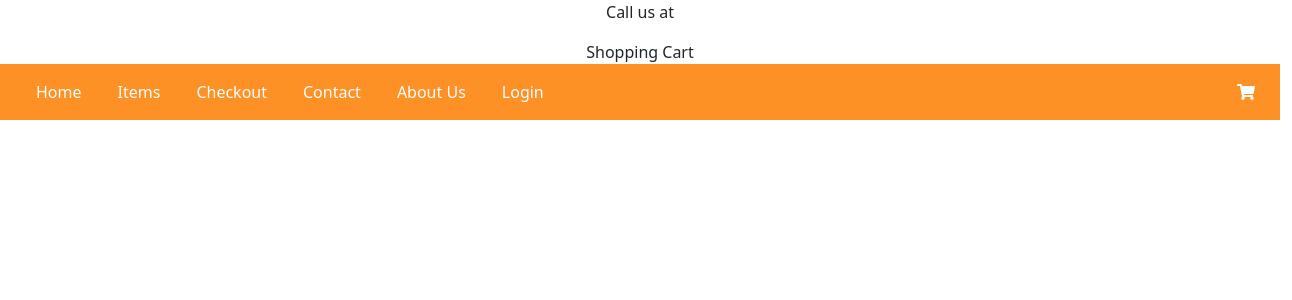
Repository: SaudCh/React-Ecommerce
Page: /login
The author's editor kept a copy of each file at every save. The page is drawn from the files as they stood at one save, then again after the next save.
The browser window is 1280 px wide. The page is 1292 px wide, so the pictures cover 1292 px, including what lies to the right of the window. The pictures show the whole page.
The project was rebuilt for these pictures with package versions that can differ from the ones it lists, and the page was loaded fresh each time. Also part of the build but not shown: src/App.css.

Above is the page before, as saved 2021-12-05 12:32:44.

### src/App.js
import "./App.css";
import Header from "./Header/Header";
import "../node_modules/bootstrap/dist/css/bootstrap.min.css";
import "../node_modules/bootstrap/dist/js/bootstrap.bundle.min";
import { BrowserRouter, Switch, Route } from "react-router-dom";

function App() {
  return (
    <BrowserRouter>
      <Header />
      <Switch>
        <Route path="/" exact>
          <div>Home</div>
        </Route>
      </Switch>
    </BrowserRouter>
  );
}

export default App;

### src/Header/Header.jsx
import { faShoppingCart } from "@fortawesome/free-solid-svg-icons";
import { FontAwesomeIcon } from "@fortawesome/react-fontawesome";
import React from "react";
import { Link } from "react-router-dom";
import "./Header.css";

export default function Header() {
  return (
    <div>
      <nav className="cotainer-fluid">
        <div className="row">
          <div className="col-12 text-center">
            <p>Call us at </p>
          </div>
          <div className="col-12 text-center">Shopping Cart</div>
          <div className="col-12 text-center"></div>
        </div>
      </nav>
      <nav
        class="navbar navbar-expand-md navbar-dark"
        style={{ backgroundColor: "#fe9126" }}
      >
        <div class="container-fluid">
          <Link class="navbar-brand" href="#"></Link>

          <button
            class="navbar-toggler"
            type="button"
            data-bs-toggle="collapse"
            data-bs-target="#navbarSupportedContent"
            aria-controls="navbarSupportedContent"
            aria-expanded="false"
            aria-label="Toggle navigation"
          >
            <span class="navbar-toggler-icon"></span>
          </button>
          <div class="collapse navbar-collapse" id="navbarSupportedContent">
            <ul class="navbar-nav me-auto mb-2 mb-lg-0 nav-ul">
              <li class="nav-item">
                <Link class="nav-link  text-white" aria-current="page" to="#">
                  Home
                </Link>
              </li>
              <li class="nav-item">
                <Link class="nav-link  text-white" to="#">
                  Items
                </Link>
              </li>

              <li class="nav-item">
                <Link
                  class="nav-link text-white"
                  to="#"
                  tabindex="-1"
                  aria-disabled="true"
                >
                  Checkout
                </Link>
              </li>
              <li class="nav-item">
                <Link
                  class="nav-link text-white"
                  to="#"
                  tabindex="-1"
                  aria-disabled="true"
                >
                  Contact
                </Link>
              </li>
              <li class="nav-item">
                <Link
                  class="nav-link text-white"
                  to="#"
                  tabindex="-1"
                  aria-disabled="true"
                >
                  About Us
                </Link>
              </li>
              <li class="nav-item">
                <Link
                  class="nav-link text-white"
                  to="#"
                  tabindex="-1"
                  aria-disabled="true"
                >
                  Login
                </Link>
              </li>
            </ul>
            <button className="btn text-white">
              <FontAwesomeIcon icon={faShoppingCart} />
            </button>
          </div>
        </div>
      </nav>
    </div>
  );
}

### src/Header/Header.css
.nav-ul li {
  margin-right: 20px;
}

Loaded but not shown: public/index.html (common file); src/index.js (common file); src/reportWebVitals.js (common file)

After the next save:
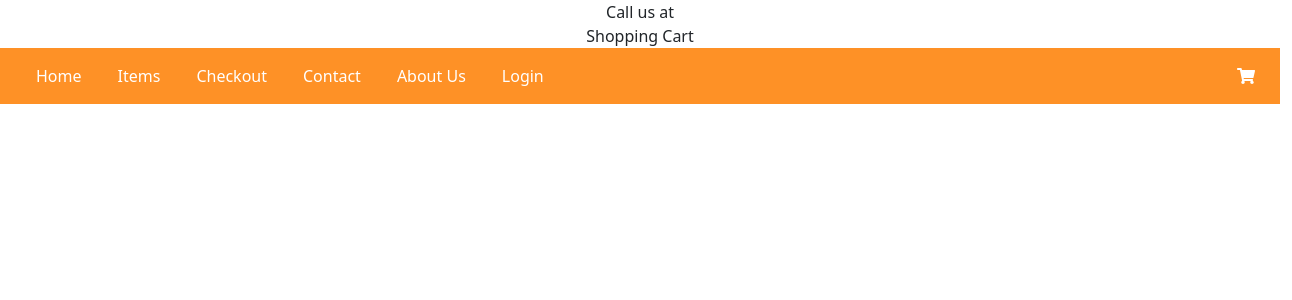
Saved 28 s later.
--- a/src/Header/Header.jsx
+++ b/src/Header/Header.jsx
@@ -10,7 +10,7 @@ export default function Header() {
       <nav className="cotainer-fluid">
         <div className="row">
           <div className="col-12 text-center">
-            <p>Call us at </p>
+            <p className="m-0 p-0">Call us at </p>
           </div>
           <div className="col-12 text-center">Shopping Cart</div>
           <div className="col-12 text-center"></div>
